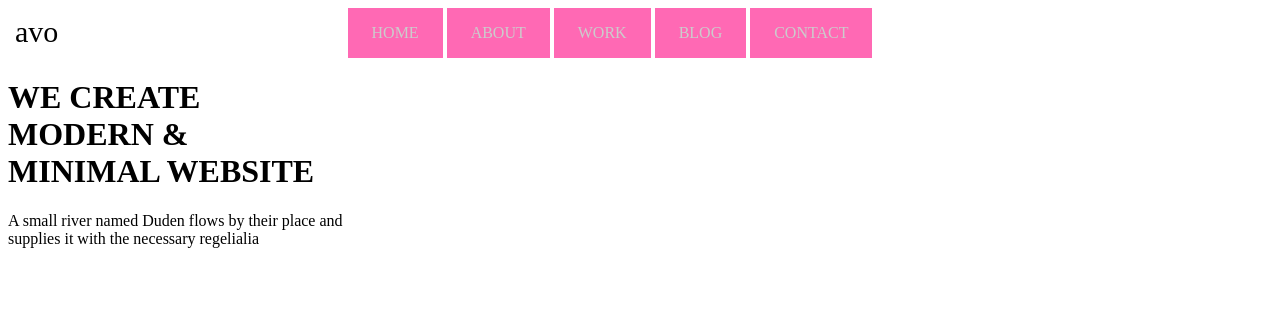
Repository: Tobby004/AVO-Template
Page: avo.html
An editor plug-in stored every save of this project. The page is shown before and after the next save, followed by the edit.
The browser window is 1280 px wide. The pictures show the whole page.

Above is the page before, as saved 2023-03-29 06:16:10.

After the next save:
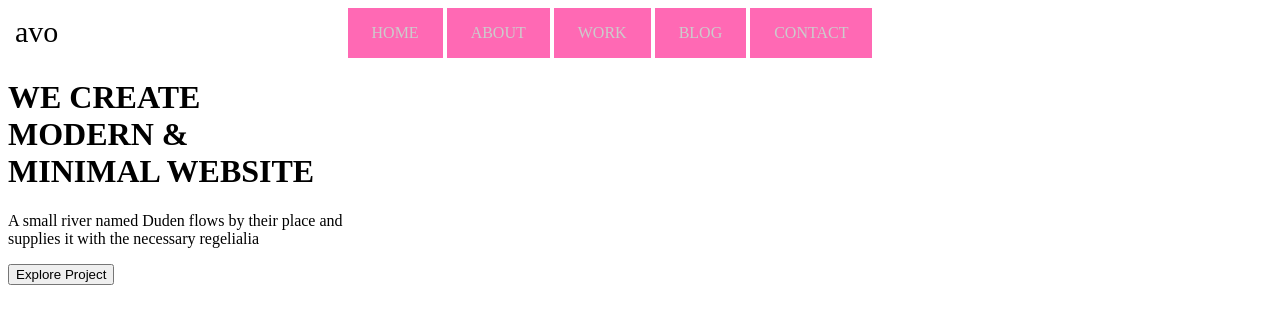
Saved 116 min 0 s later.
--- a/avo.html
+++ b/avo.html
@@ -21,6 +21,7 @@
     <main>
         <h1>WE CREATE <br>MODERN & <br> MINIMAL WEBSITE</h1>
         <p>A small river named Duden flows by their place and <br>supplies it with the necessary regelialia </p>
+        <input type="button" value="Explore Project">
     </main>
 </body>
 </html>
